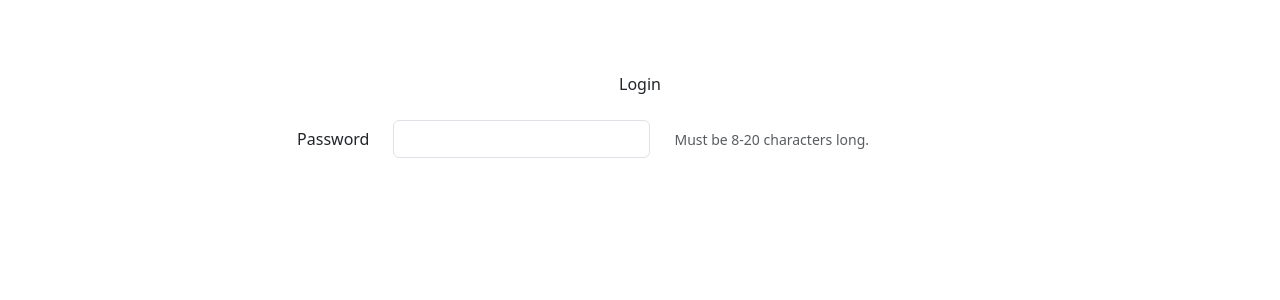
Repository: AHSANS354/Tugas-MSIB-5-GitHub
Page: http://localhost/tugas login/login.php
The author's editor kept a copy of each file at every save. The page is drawn from the files as they stood at one save, then again after the next save.
The browser window is 1280 px wide. The pictures show the whole page.
The page is run by PHP 8.4 with error messages shown; the project is at /var/www/html/.

Above is the page before, as saved 2023-09-27 23:03:08.

### tugas login/login.php
<!doctype html>
<html lang="en">
  <head>
    <meta charset="utf-8">
    <meta name="viewport" content="width=device-width, initial-scale=1">
    <title>Login</title>
    <link href="https://cdn.jsdelivr.net/npm/bootstrap@5.3.2/dist/css/bootstrap.min.css" rel="stylesheet" integrity="sha384-T3c6CoIi6uLrA9TneNEoa7RxnatzjcDSCmG1MXxSR1GAsXEV/Dwwykc2MPK8M2HN" crossorigin="anonymous">
  </head>
  <body>
    <div class="container d-flex justify-content-center align-items-center p-5">
        <div class="row text-center">
            <div class="col m-4">
                <span>Login</span>
            </div>
            <div class="row align-items-center">
                <div class="col-auto">
                    <label for="inputPassword6" class="col-form-label">Password</label>
                </div>
                <div class="col-auto">
                    <input type="password" id="inputPassword6" class="form-control" aria-describedby="passwordHelpInline">
                </div>
                <div class="col-auto">
                    <span id="passwordHelpInline" class="form-text">
                        Must be 8-20 characters long.
                    </span>
                </div>
            </div>
             </div>
            </div>
    <script src="https://cdn.jsdelivr.net/npm/bootstrap@5.3.2/dist/js/bootstrap.bundle.min.js" integrity="sha384-C6RzsynM9kWDrMNeT87bh95OGNyZPhcTNXj1NW7RuBCsyN/o0jlpcV8Qyq46cDfL" crossorigin="anonymous"></script>
  </body>
</html>

After the next save:
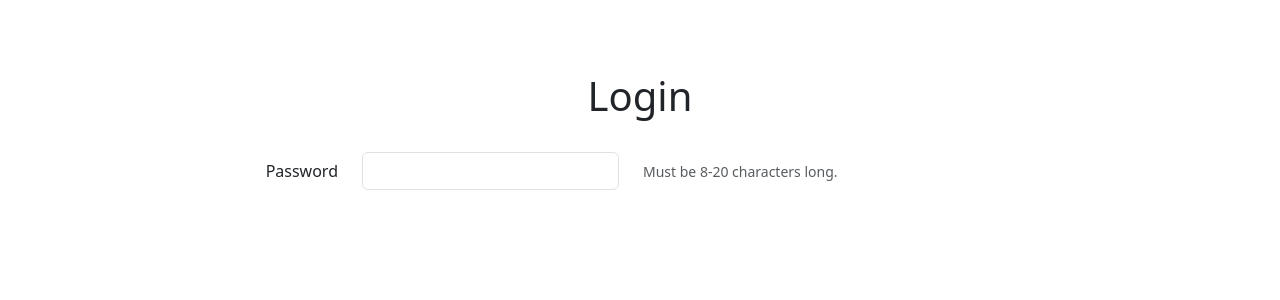
Saved 11 s later.
--- a/tugas login/login.php
+++ b/tugas login/login.php
@@ -10,7 +10,7 @@
     <div class="container d-flex justify-content-center align-items-center p-5">
         <div class="row text-center">
             <div class="col m-4">
-                <span>Login</span>
+                <h1>Login</h1>
             </div>
             <div class="row align-items-center">
                 <div class="col-auto">
